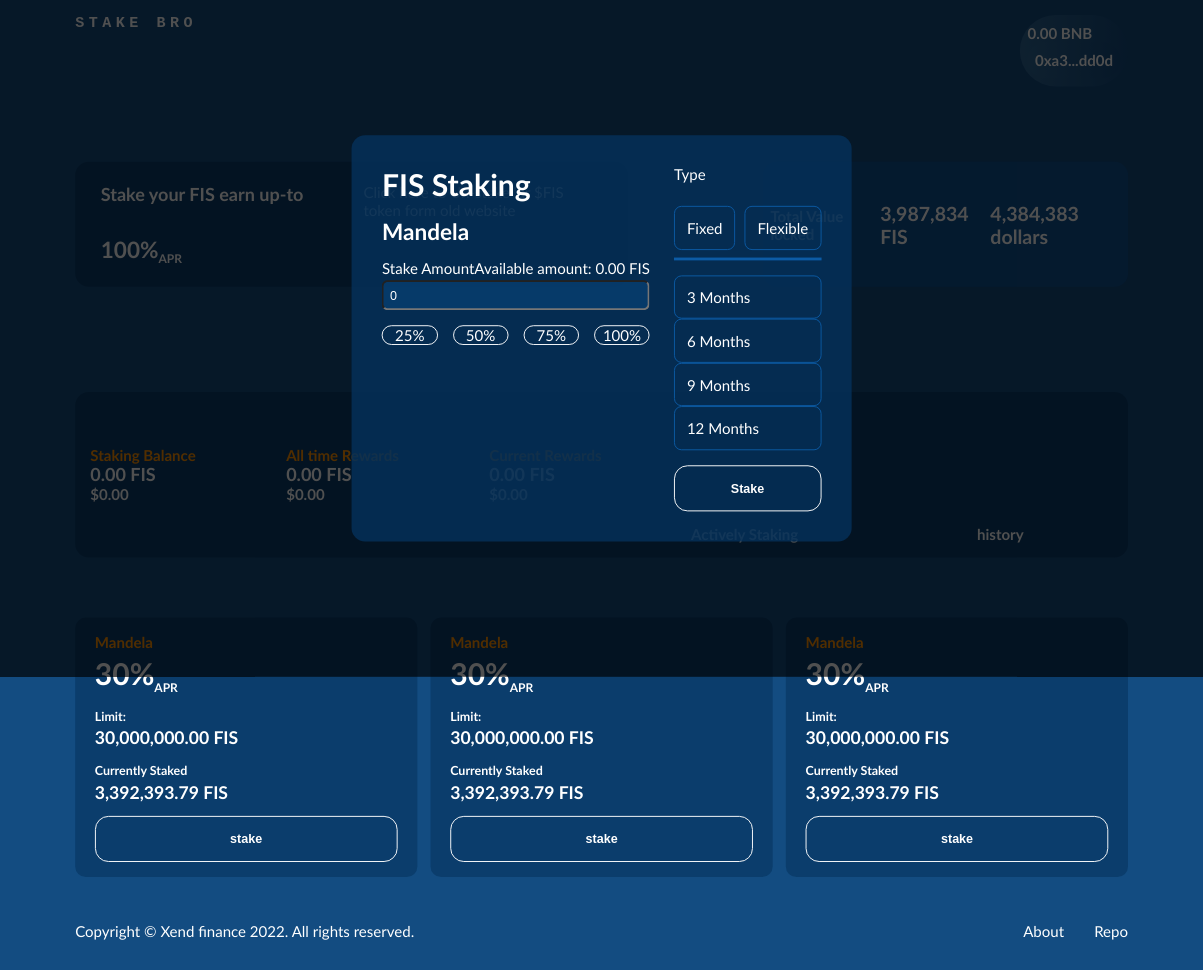
Repository: NorVirae/Stake
Page: /, after clicking the first element matching `button.stake-button`
The author's editor kept a copy of each file at every save. The page is drawn from the files as they stood at one save, then again after the next save.
The browser window is 1280 px wide. The pictures show the whole page, at 94% of full size.
The project was rebuilt for these pictures with package versions that can differ from the ones it lists, and the page was loaded fresh each time.

Above is the page before, as saved 2022-04-18 19:50:12.

### src/App.tsx
import React, { useState } from 'react';
import AccountInfoCard from './components/cards/account-info-card';
import AprCard from './components/cards/apr-card';
import StakeModal from './components/modals/stake-modal';
import './styles/app.css'

function App() {
  const [isWalletConnected, setIsWalletConnected] = useState(false)
  const [showModal, setShowModal] = useState(false)

  return (
    <div className="stake-container">

      {showModal && <StakeModal showModal={showModal} setShowModal={setShowModal}/>}
      <header>
        <nav>
            <a href='logo' className='logo'>Stake Bro</a>
            <ul>
              {
                isWalletConnected?
                  <li className='connect-wallet-btn'>Connect Wallet</li>:
                  <li className='connect-wallet-btn'>0.00 BNB
                    <li className='connect-wallet-btn'>0xa3...dd0d</li>
                </li>
                }

            </ul>
        </nav>
      </header>



      <main>
        <section className='info-global'>
          <div className='info-main'>
            <div className='inner-container-left'>
              <h1 className='earn-text'> Stake your FIS earn up-to</h1>
              <h1>100%<sub className='sub'>APR</sub></h1>

            </div>

            <div className='inner-container-right'>
              <p>Click here to Un-stake 'ur $FIS token form old website</p>
              {/* <span>{"=>"}</span> */}
            </div>
          </div>

          <div className='public-stake-info'>
            <h3 className='total-locked'>Total Value locked</h3>
            <h1 className='total-locked-token'>3,987,834 FIS</h1>
            <h2 className='total-locked-dollars'>4,384,383 dollars</h2>

          </div>

        </section>

        <section className='connection-info'>
          {
          isWalletConnected?
          <div className={'connection-container-user'}>
            <div className='connection-info-text'>No Wallet connected</div>
            <div> Connect wallet to see your balance</div>
          </div>
          :
          <>
          <div className='user-stake-info-container'>
            <AccountInfoCard title='Staking Balance' token='0.00' dollarEquiv='0.00'/>

            <AccountInfoCard title='All time Rewards' token='0.00' dollarEquiv='0.00'/>


            <AccountInfoCard title='Current Rewards' token='0.00' dollarEquiv='0.00'/>


          </div>

          <div className='info-redirect'>
            <h1>Actively Staking </h1>
            <h1>history </h1>

          </div>

          </>
          }
        </section>

        <section className='reward'>
          <AprCard stakeAction={setShowModal}/>
          <AprCard stakeAction={setShowModal}/>
          <AprCard stakeAction={setShowModal}/>
        </section>

      </main>

      <footer>
        <div className='copyright-info'>
          Copyright &copy; Xend finance 2022. All rights reserved.
        </div>
        <ul>
          <li>About</li>
          <li>Repo</li>

        </ul>
      </footer>

    </div>
  );
}

export default App;

### src/components/cards/account-info-card.tsx
import React from 'react';

interface StakeInfoParams {
    title:string,
    token:string,
    dollarEquiv:string
}

const AccountInfoCard:React.FC<StakeInfoParams> = ({title, token, dollarEquiv}) => {
    return <div className='user-stake-info'>
                <h2 className='staking-balance'>{title}</h2>
                <h1 className='token-balance-fis'>{token} FIS</h1>
                <h2 className='token-balance-dollars'>${dollarEquiv}</h2>
            </div>
}

export default AccountInfoCard;

### src/components/cards/apr-card.tsx
import React, { useState } from "react";

interface AprCardInterface{
    stakeAction:any
}

const AprCard:React.FC<AprCardInterface> = ({stakeAction})=>{
    const [isWalletConnected, setIsWalletConnected] = useState(false)
    return <div className='apr-card'>
                <div className='mandela-container'>
                    <h4 className="mandela">Mandela</h4>
                    <h1 className="apr-announce">30%<sub className="sub">APR</sub></h1>
                </div>


                <div className='limit-container'>
                    <h5>Limit:</h5>
                    <h3>30,000,000.00 FIS</h3>
                </div>

                <div className='current-container'>
                    <h5>Currently Staked</h5>
                    <h3>3,392,393.79 FIS</h3>
                </div>

                {isWalletConnected?<button className="stake-button">No wallet connected</button>:
                <button onClick = {e=>stakeAction(true)}
                className="stake-button">stake</button>}

        </div>
}

export default AprCard;

### src/components/modals/stake-modal.tsx
import React, { useState } from 'react';


interface StakeModalInterface{
    setShowModal?:any,
    showModal:boolean
}

const StakeModal:React.FC<StakeModalInterface> = ({setShowModal, showModal}) => {

    const [amountToStake, setAmountToStake] = useState(0)
    return <div onClick={e=>setShowModal(false)} className='stake-modal-container'>

                <div onClick={e=>null} className='stake-modal'>
                    <div className='stake-inner-left'>
                        <h1>FIS Staking</h1>

                        <h2> Mandela</h2>

                        <form>
                            <fieldset className='form-group'>

                                <label className='form-label'><span>Stake Amount </span> <span>Available amount: 0.00 FIS</span></label>
                                <input value={amountToStake} className='form-input'/>

                            </fieldset>
                        </form>

                        <div className='percentage-container'>

                            <div className='btn-percentage'>
                                25%

                            </div>

                            <div className='btn-percentage'>
                                50%

                            </div>

                            <div className='btn-percentage'>
                                75%

                            </div>

                            <div className='btn-percentage'>
                                100%

                            </div>
                        </div>

                        <div className='stake-type'>

                        </div>

                    </div>

                    <div className='stake-inner-right'>

                        <div className='type-title'>Type</div>
                        <div className='type-btn-container'>
                            <div className='btn-type'>
                                    Fixed
                            </div>

                            <div className='btn-type'>
                                    Flexible
                            </div>
                        </div>

                        <div className='duration-container'>
                            <div className='duration-btn'>
                                3 Months
                            </div>

                            <div className='duration-btn'>
                                6 Months
                            </div>


                            <div className='duration-btn'>
                                9 Months
                            </div>

                            <div className='duration-btn'>
                                12 Months
                            </div>

                        </div>

                        <button className='stake-button'>Stake</button>
                    </div>

                </div>

            </div>


}
export default StakeModal;

### src/styles/app.css
*{
    padding: 0;
    margin: 0;

}

::-webkit-scrollbar{
    background-color: #134C81;
    width: .4rem;
}

::-webkit-scrollbar-thumb{
    background-color: #0c5ba5;
}

img {
    width: 100%;
}

li {
    list-style-type: none;
}

body{
    background-color: #134C81;
    color: #ffff;
    font-family:'Trebuchet MS', 'Lucida Sans Unicode', 'Lucida Grande', 'Lucida Sans', Arial, sans-serif;
}
.stake-container {
    max-width: 70rem;
    margin:auto;
    display: flex;
    flex-direction: column;
    gap: 1rem;
}


nav {
    display:  flex;
    justify-content: space-between;
    padding: 1rem 0;
    position: sticky;
    top:0;
}

main {
    display: flex;
    flex-direction: column;
    gap:4rem;
}
.logo {
    text-decoration: none;
    font-family: 'Courier New', Courier, monospace;
    font-weight: 900;
    color: #ffff;
    letter-spacing: .3rem;
    text-transform: uppercase;
}

.connect-wallet-btn{
    padding: .6rem .5rem;
    background-image: linear-gradient(to right, #2d6797, #134C81  );
    font-weight: bold;
    border-radius: 3rem;
    transition: background-image .5s ease-in-out;
}

.connect-wallet-btn:hover{
    background-image: linear-gradient(to right, #134C81, #2d6797 );
    cursor: pointer;
    color: rgb(225, 225, 235);

}

.info-global{
    display: flex;
    justify-content: space-between;
    padding: 3rem 0;
    gap: 9rem;
}

.info-main{
    display: flex;
    background-color: #05315a88;
    border-radius: .9rem;
    padding: .5rem .9rem;

}

.inner-container-left, .inner-container-right{

    width: 100%;
    padding: .9rem .8rem;
    border-radius: .9rem;
    display: flex;
    flex-direction: column;
    gap:2rem
}



.earn-text {
    font-size: 1.2rem;
}

.sub{
    font-size: .8rem;
}

.public-stake-info {
    display: flex;
    justify-content: center;
    align-items: center;
    border-radius: .9rem;
    padding: .5rem;
    gap: .4rem;

    background-color: #0c5ba588;

}


.total-locked{
    font-size: 1rem;

}

.total-locked-token{
    font-size: 1.3rem;
}

.total-locked-dollars {
    font-size: 1.3rem;
}


.connection-info{
    display: flex;
    background-color: #05315a88;
    border-radius: .9rem;
    justify-content: center;
    align-items: center;
    height: 20vh;
    padding: 1rem 1rem;

}

.connection-info-text {
    font-size: 1.2rem;
    text-transform: uppercase;
}

.user-stake-info-container{
    display: flex;
    justify-content: space-between;
    width: 100%;
}

.staking-balance{
    font-size: 1rem;
    color: #FF9100;;
}

.token-balance-fis{
    font-size: 1.2rem;
}

.token-balance-dollars{
    font-size: 1rem;
}

.info-redirect{
    width: 100%;
    height: 100%;
    display: flex;
    justify-content: flex-end;
    align-items: flex-end;
    justify-content: space-around;
}

.info-redirect h1 {
    font-size: 1rem;
}

.connection-container-user{
    display: flex;
    flex-direction: column;
    justify-content: center;
    align-items: center;
}


.reward{
    display: flex;
    justify-content: space-between;
    gap: .9rem;
}

.apr-card{
    background-color: #05315a88;
    padding: 1rem 1.3rem;
    border-radius: .7rem;
    display: flex;
    flex-direction: column;
    justify-content: space-around;
    flex: 1;
    gap: .9rem;
}

.mandela-container{
    display: flex;
    flex-direction: column;
    justify-content: space-between;
    gap:.3rem;
}

.mandela{
    font-size: 1rem;
    color: #FF9100;

}

.apr-announce{
    font-size: 2rem;
}

.limit-container{
    display: flex;
    flex-direction: column;
    justify-content: space-between;
    gap:.3rem;
}

.current-container{
    display: flex;
    flex-direction: column;
    justify-content: space-between;
    gap:.3rem;
}

.stake-button{
    border-radius: .9rem;
    border: .1px solid white;
    background-color: transparent;
    padding: 1rem .6rem;
    color: #fff;
    font-weight: bold;
    transition: color .4s ease-in-out, border .4s ease-in-out;

}

.stake-button:hover{
    cursor: pointer;
    color: #FF9100;
    border: .1px solid #FF9100;

}

footer{
    display: flex;
    justify-content: space-between;
    padding: 2rem 0;

}
.copyright-info{
    display: flex;
}

footer ul{
    display: flex;
    gap: 2rem;
}


/* Stake Modal */
.stake-modal-container{
    z-index: 9;
    background-color: rgba(0, 0, 0, 0.685);
    position: fixed;
    width: 100vw;
    height: 100vh;
    top: 0%;
    left: 0%;
    display: flex;
    justify-content: center;
    align-items: center;

}

.stake-modal-container:hover{
    cursor: pointer;
}

.stake-modal{
    display: flex;
    background-color: #05315ad2;
    padding: 2rem;
    border-radius: .9rem;
    gap: .6rem;
    z-index: 8;
}

.stake-modal:hover{
    border: .2rem solid #05315ad2;
}

.stake-inner-left{
    display: flex;
    flex-direction: column;
    padding-right: 1rem;
    gap: 1rem;
}

.form-group{
    display: flex;
    flex-direction: column;
    border: none;
    gap: .2rem;

}

.form-label{
    display: flex;
    justify-content: space-between;
}

.form-input {
    border-radius: .4rem;
    padding: .4rem;
    background-color: #0c5ba54b;
    color: #fff;
}

.percentage-container{
    display: flex;
    justify-content: space-between;
    gap: 1rem;
}

.btn-percentage{
    border: .1rem solid #fff;
    border-radius: .9rem;
    flex:1;
    display: flex;
    justify-content: center;
    align-items: center;
    transition: background-color .4s ease-in-out, color .4s ease-in-out;
}

.btn-percentage:hover{
    background-color: #fff;
    color: #0c5ba5;
    cursor: pointer;
}

.stake-inner-right{
    display: flex;
    flex-direction: column;
    gap: 1rem;
}

.type-btn-container{
    display: flex;
    gap: .6rem;
    justify-content: space-between;
    padding: .5rem 0;
    border-bottom: .2rem solid #0c5ba5;

}

.btn-type {
    border: .1px solid #0c5ba5;
    padding: .8rem;
    border-radius: .5rem;
}


.duration-btn {
    border: .1px solid #0c5ba5;
    padding: .8rem;
    border-radius: .5rem;
}

.duration-btn:hover {
    border: .2px solid #FF9100;

}

.duration-btn-active

.duration-container{
    display: grid;
    gap: .4rem;
    grid-template-columns: repeat(2, 1fr);
}

Loaded but not shown: public/index.html (common file); src/index.tsx (common file); src/reportWebVitals.ts (common file)

After the next save:
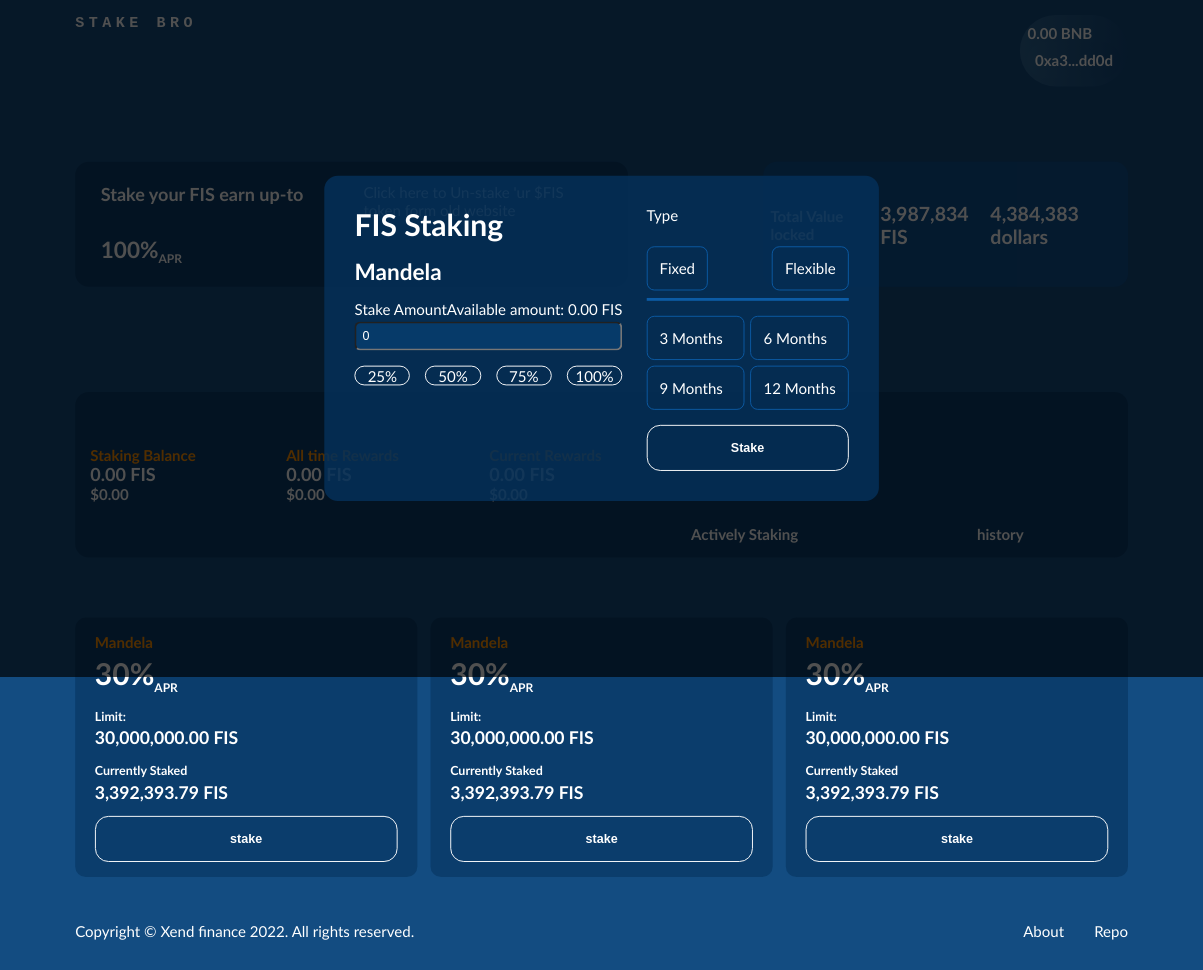
Saved 4 s later.
--- a/src/styles/app.css
+++ b/src/styles/app.css
@@ -386,7 +386,9 @@ footer ul{
 
 }
 
-.duration-btn-active
+.duration-btn-active {
+
+}
 
 .duration-container{
     display: grid;
